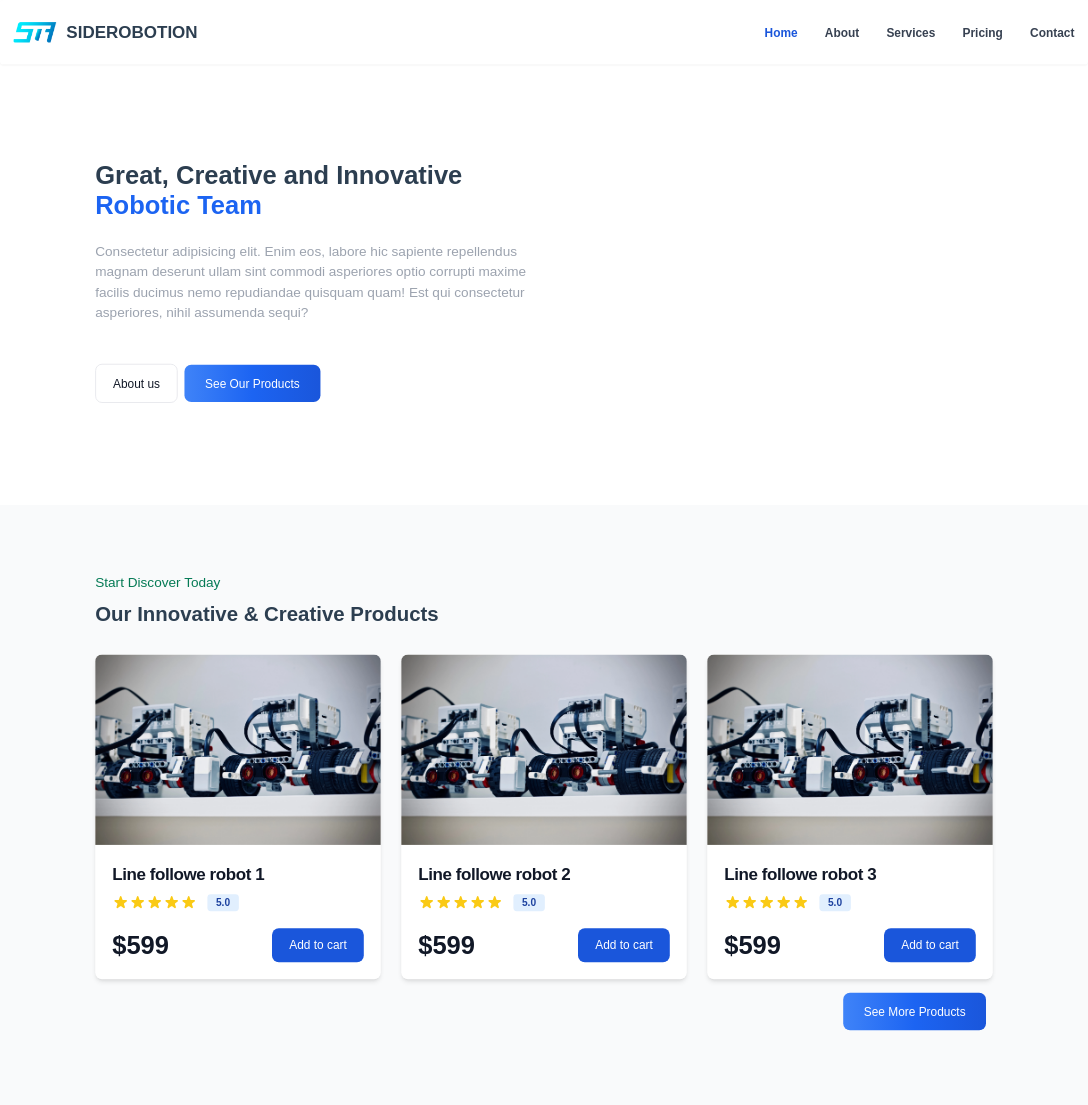
Repository: khulqu15/siderobotion
Page: /
These files come from the project's save history. The page is drawn as it stood at one moment and after the next save; the edit follows.
The browser window is 1280 px wide. The pictures show the whole page, at 85% of full size.
The project was rebuilt for these pictures with package versions that can differ from the ones it lists, and the page was loaded fresh each time. Also part of the build but not shown: vue.config.js.

Above is the page before, as saved 2022-06-12 11:02:04.

### src/main.js
import { createApp } from 'vue'
import App from './App.vue'
import './registerServiceWorker'
import router from './router'
import store from './store'
import 'flowbite'
import './index.css'

createApp(App)
  .use(store)
  .use(router)
  .mount('#app')

### src/index.css
@tailwind base;
@tailwind components;
@tailwind utilities;
@import url('https://fonts.googleapis.com/css2?family=Poppins:ital,wght@0,100;0,200;0,300;0,400;0,500;0,600;0,700;0,800;0,900;1,100;1,200;1,300;1,400;1,500;1,600;1,700;1,800;1,900&display=swap');

* {
  font-family: 'Poppins', sans-serif !important;
}

### src/views/HomeView.vue
<template>

  <web-layout>
    <div class="p-12 md:p-28 grid grid-cols-1 md:grid-cols-2 gap-4">
      <div class="text-start">
        <h1 class="text-3xl font-semibold">Great, Creative and Innovative <span class="text-blue-600">Robotic Team</span> </h1>
        <p class="text-gray-400 mt-6 mb-12">Consectetur adipisicing elit. Enim eos, labore hic sapiente repellendus magnam deserunt ullam sint commodi asperiores optio corrupti maxime facilis ducimus nemo repudiandae quisquam quam! Est qui consectetur asperiores, nihil assumenda sequi?</p>
        <button type="button" class="py-3 px-5 mr-2 mb-2 text-sm font-medium text-gray-900 focus:outline-none bg-white rounded-lg border border-gray-200 hover:bg-gray-100 hover:text-blue-700 focus:z-10 focus:ring-4 focus:ring-gray-200">About us</button>
        <button type="button" class="text-white bg-gradient-to-r from-blue-500 via-blue-600 to-blue-700 hover:bg-gradient-to-br focus:ring-4 focus:outline-none focus:ring-blue-300 dark:focus:ring-blue-800 font-medium rounded-lg text-sm px-6 py-3 text-center mr-2 mb-2">See Our Products</button>
      </div>
    </div>

    <div class="px-12 md:px-28 py-20 bg-gray-50">
      <div class="text-start">
        <p class="mb-2 text-green-600">Start Discover Today</p>
        <h1 class="text-2xl mb-4 font-semibold">Our Innovative & Creative Products</h1>
      </div>
      <div class="py-4 text-start grid grid-cols-1 lg:grid-cols-3 gap-6">
        <div v-for="(item, index) in 3" :key="index" >
          <div class="w-full bg-white rounded-lg shadow-md dark:bg-gray-800 dark:border-gray-700">
            <a href="#">
              <img class="rounded-t-lg" :src="require('@/assets/images/product.webp')" alt="product image" />
            </a>
            <div class="p-5">
              <a href="#">
                <h5 class="text-xl font-semibold tracking-tight text-gray-900 dark:text-white">Line followe robot {{ item }}</h5>
              </a>
              <div class="flex items-center mt-2.5 mb-5">
                <svg class="w-5 h-5 text-yellow-300" fill="currentColor" viewBox="0 0 20 20" xmlns="http://www.w3.org/2000/svg"><path d="M9.049 2.927c.3-.921 1.603-.921 1.902 0l1.07 3.292a1 1 0 00.95.69h3.462c.969 0 1.371 1.24.588 1.81l-2.8 2.034a1 1 0 00-.364 1.118l1.07 3.292c.3.921-.755 1.688-1.54 1.118l-2.8-2.034a1 1 0 00-1.175 0l-2.8 2.034c-.784.57-1.838-.197-1.539-1.118l1.07-3.292a1 1 0 00-.364-1.118L2.98 8.72c-.783-.57-.38-1.81.588-1.81h3.461a1 1 0 00.951-.69l1.07-3.292z"></path></svg>
                <svg class="w-5 h-5 text-yellow-300" fill="currentColor" viewBox="0 0 20 20" xmlns="http://www.w3.org/2000/svg"><path d="M9.049 2.927c.3-.921 1.603-.921 1.902 0l1.07 3.292a1 1 0 00.95.69h3.462c.969 0 1.371 1.24.588 1.81l-2.8 2.034a1 1 0 00-.364 1.118l1.07 3.292c.3.921-.755 1.688-1.54 1.118l-2.8-2.034a1 1 0 00-1.175 0l-2.8 2.034c-.784.57-1.838-.197-1.539-1.118l1.07-3.292a1 1 0 00-.364-1.118L2.98 8.72c-.783-.57-.38-1.81.588-1.81h3.461a1 1 0 00.951-.69l1.07-3.292z"></path></svg>
                <svg class="w-5 h-5 text-yellow-300" fill="currentColor" viewBox="0 0 20 20" xmlns="http://www.w3.org/2000/svg"><path d="M9.049 2.927c.3-.921 1.603-.921 1.902 0l1.07 3.292a1 1 0 00.95.69h3.462c.969 0 1.371 1.24.588 1.81l-2.8 2.034a1 1 0 00-.364 1.118l1.07 3.292c.3.921-.755 1.688-1.54 1.118l-2.8-2.034a1 1 0 00-1.175 0l-2.8 2.034c-.784.57-1.838-.197-1.539-1.118l1.07-3.292a1 1 0 00-.364-1.118L2.98 8.72c-.783-.57-.38-1.81.588-1.81h3.461a1 1 0 00.951-.69l1.07-3.292z"></path></svg>
                <svg class="w-5 h-5 text-yellow-300" fill="currentColor" viewBox="0 0 20 20" xmlns="http://www.w3.org/2000/svg"><path d="M9.049 2.927c.3-.921 1.603-.921 1.902 0l1.07 3.292a1 1 0 00.95.69h3.462c.969 0 1.371 1.24.588 1.81l-2.8 2.034a1 1 0 00-.364 1.118l1.07 3.292c.3.921-.755 1.688-1.54 1.118l-2.8-2.034a1 1 0 00-1.175 0l-2.8 2.034c-.784.57-1.838-.197-1.539-1.118l1.07-3.292a1 1 0 00-.364-1.118L2.98 8.72c-.783-.57-.38-1.81.588-1.81h3.461a1 1 0 00.951-.69l1.07-3.292z"></path></svg>
                <svg class="w-5 h-5 text-yellow-300" fill="currentColor" viewBox="0 0 20 20" xmlns="http://www.w3.org/2000/svg"><path d="M9.049 2.927c.3-.921 1.603-.921 1.902 0l1.07 3.292a1 1 0 00.95.69h3.462c.969 0 1.371 1.24.588 1.81l-2.8 2.034a1 1 0 00-.364 1.118l1.07 3.292c.3.921-.755 1.688-1.54 1.118l-2.8-2.034a1 1 0 00-1.175 0l-2.8 2.034c-.784.57-1.838-.197-1.539-1.118l1.07-3.292a1 1 0 00-.364-1.118L2.98 8.72c-.783-.57-.38-1.81.588-1.81h3.461a1 1 0 00.951-.69l1.07-3.292z"></path></svg>
                <span class="bg-blue-100 text-blue-800 text-xs font-semibold mr-2 px-2.5 py-0.5 rounded dark:bg-blue-200 dark:text-blue-800 ml-3">5.0</span>
              </div>
              <div class="flex justify-between items-center">
                <span class="text-3xl font-bold text-gray-900 dark:text-white">$599</span>
                <a href="#" class="text-white bg-blue-700 hover:bg-blue-800 focus:ring-4 focus:outline-none focus:ring-blue-300 font-medium rounded-lg text-sm px-5 py-2.5 text-center dark:bg-blue-600 dark:hover:bg-blue-700 dark:focus:ring-blue-800">Add to cart</a>
              </div>
            </div>
          </div>
        </div>
      </div>
      <div class="text-right col-span-3">
        <button type="button" class="text-white bg-gradient-to-r from-blue-500 via-blue-600 to-blue-700 hover:bg-gradient-to-br focus:ring-4 focus:outline-none focus:ring-blue-300 dark:focus:ring-blue-800 font-medium rounded-lg text-sm px-6 py-3 text-center mr-2 mb-2">See More Products</button>
      </div>
    </div>
  </web-layout>

</template>

<script>
import WebLayout from '@/layouts/WebLayout.vue'
export default {
  name: 'HomeView',
  components: {
    WebLayout
  }
}
</script>

### src/layouts/WebLayout.vue
<template>
  <div id="app-web">
    <div id="nav">
      <navigation-header/>
    </div>
    <div id="body-content">
      <slot id="content"></slot>
    </div>
  </div>
</template>

<script>
import NavigationHeader from '@/components/NavigationHeader.vue'
export default {
  components: {
    NavigationHeader
  }
}
</script>

### src/components/NavigationHeader.vue
<template>
  <div>
    <nav class="bg-white border-gray-200 px-2 pl-6 sm:px-4 py-6 shadow-sm rounded dark:bg-gray-800">
      <div class="container flex flex-wrap justify-between items-center mx-auto">
        <a href="#" class="flex items-center">
          <img :src="require('@/assets/logo.webp')" class="mr-3 h-4 sm:h-6" alt="Siderobotion Logo">
          <span class="self-center text-xl font-semibold whitespace-nowrap dark:text-white">SIDEROBOTION</span>
        </a>
        <button data-collapse-toggle="mobile-menu" type="button" class="inline-flex items-center p-2 ml-3 text-sm text-gray-500 rounded-lg md:hidden hover:bg-gray-100 focus:outline-none focus:ring-2 focus:ring-gray-200 dark:text-gray-400 dark:hover:bg-gray-700 dark:focus:ring-gray-600" aria-controls="mobile-menu" aria-expanded="false">
          <span class="sr-only">Open main menu</span>
          <svg class="w-6 h-6" fill="currentColor" viewBox="0 0 20 20" xmlns="http://www.w3.org/2000/svg"><path fill-rule="evenodd" d="M3 5a1 1 0 011-1h12a1 1 0 110 2H4a1 1 0 01-1-1zM3 10a1 1 0 011-1h12a1 1 0 110 2H4a1 1 0 01-1-1zM3 15a1 1 0 011-1h12a1 1 0 110 2H4a1 1 0 01-1-1z" clip-rule="evenodd"></path></svg>
          <svg class="hidden w-6 h-6" fill="currentColor" viewBox="0 0 20 20" xmlns="http://www.w3.org/2000/svg"><path fill-rule="evenodd" d="M4.293 4.293a1 1 0 011.414 0L10 8.586l4.293-4.293a1 1 0 111.414 1.414L11.414 10l4.293 4.293a1 1 0 01-1.414 1.414L10 11.414l-4.293 4.293a1 1 0 01-1.414-1.414L8.586 10 4.293 5.707a1 1 0 010-1.414z" clip-rule="evenodd"></path></svg>
        </button>
        <div class="hidden w-full md:block md:w-auto" id="mobile-menu">
          <ul class="flex flex-col mt-4 md:flex-row md:space-x-8 md:mt-0 md:text-sm md:font-medium">
            <li>
              <a href="#" class="block py-2 pr-4 pl-3 text-white bg-blue-700 rounded md:bg-transparent md:text-blue-700 md:p-0 dark:text-white" aria-current="page">Home</a>
            </li>
            <li>
              <a href="#" class="block py-2 pr-4 pl-3 text-gray-700 border-b border-gray-100 hover:bg-gray-50 md:hover:bg-transparent md:border-0 md:hover:text-blue-700 md:p-0 dark:text-gray-400 md:dark:hover:text-white dark:hover:bg-gray-700 dark:hover:text-white md:dark:hover:bg-transparent dark:border-gray-700">About</a>
            </li>
            <li>
              <a href="#" class="block py-2 pr-4 pl-3 text-gray-700 border-b border-gray-100 hover:bg-gray-50 md:hover:bg-transparent md:border-0 md:hover:text-blue-700 md:p-0 dark:text-gray-400 md:dark:hover:text-white dark:hover:bg-gray-700 dark:hover:text-white md:dark:hover:bg-transparent dark:border-gray-700">Services</a>
            </li>
            <li>
              <a href="#" class="block py-2 pr-4 pl-3 text-gray-700 border-b border-gray-100 hover:bg-gray-50 md:hover:bg-transparent md:border-0 md:hover:text-blue-700 md:p-0 dark:text-gray-400 md:dark:hover:text-white dark:hover:bg-gray-700 dark:hover:text-white md:dark:hover:bg-transparent dark:border-gray-700">Pricing</a>
            </li>
            <li>
              <a href="#" class="block py-2 pr-4 pl-3 text-gray-700 hover:bg-gray-50 md:hover:bg-transparent md:border-0 md:hover:text-blue-700 md:p-0 dark:text-gray-400 md:dark:hover:text-white dark:hover:bg-gray-700 dark:hover:text-white md:dark:hover:bg-transparent">Contact</a>
            </li>
          </ul>
        </div>
      </div>
    </nav>

  </div>
</template>

### tailwind.config.js
module.exports = {

  content: [
    "./index.html",
    "./src/**/*.{vue,js,ts,jsx,tsx}",
    "./node_modules/flowbite/**/*.js",
  ],
  theme: {
    extend: {},
  },
  plugins: [
    require('flowbite/plugin')
  ]

}

Loaded but not shown: public/index.html (common file); src/App.vue (common file); src/registerServiceWorker.js (common file); src/router/index.js (common file); src/store/index.js (common file)

After the next save:
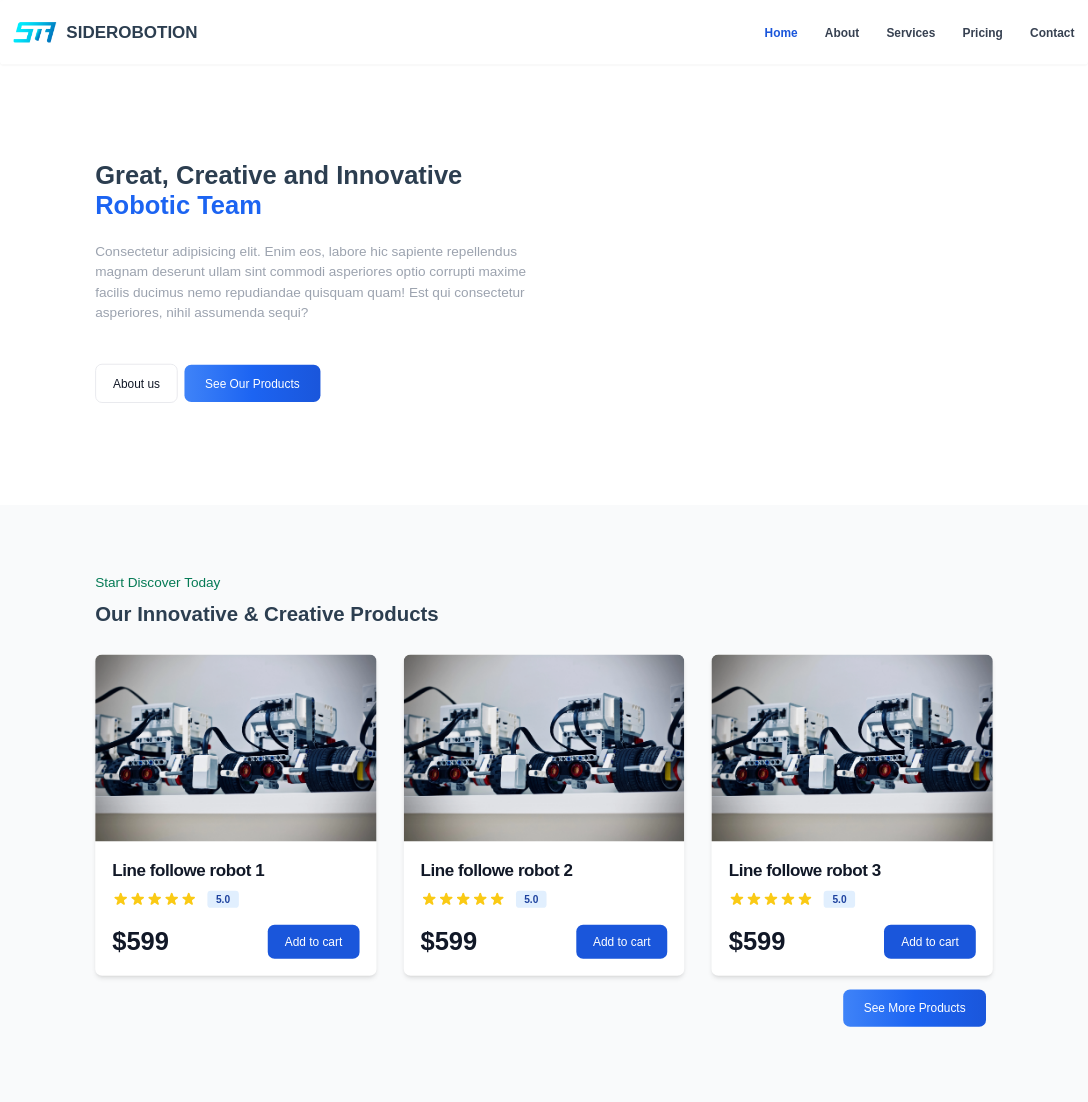
Saved 6 s later.
--- a/src/views/HomeView.vue
+++ b/src/views/HomeView.vue
@@ -15,7 +15,7 @@
         <p class="mb-2 text-green-600">Start Discover Today</p>
         <h1 class="text-2xl mb-4 font-semibold">Our Innovative & Creative Products</h1>
       </div>
-      <div class="py-4 text-start grid grid-cols-1 lg:grid-cols-3 gap-6">
+      <div class="py-4 text-start grid grid-cols-1 lg:grid-cols-3 gap-8">
         <div v-for="(item, index) in 3" :key="index" >
           <div class="w-full bg-white rounded-lg shadow-md dark:bg-gray-800 dark:border-gray-700">
             <a href="#">
